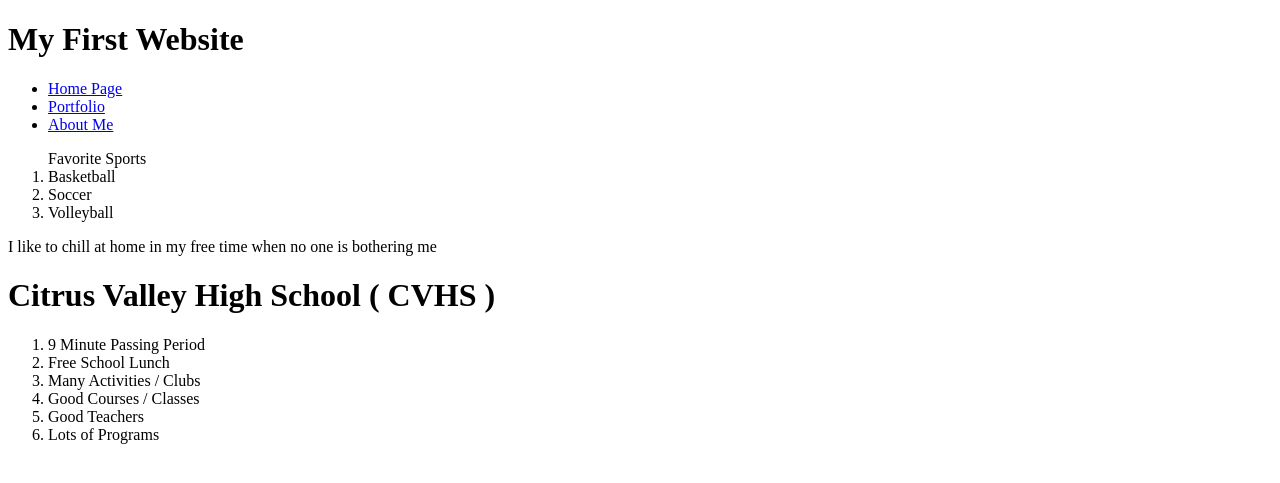
Repository: NawrasKassar/NawrasKassar.github.io
Page: index.html
The author's editor kept a record of every edit. The page is drawn from the files as they stood at one moment, then again after the next edit.
The browser window is 1280 px wide. The pictures show the whole page.

Above is the page before.

### index.html
<!doctype Html>
<html>
    <head>
       <title>About Me</title>
       <link rel="stylesheet" href="./styles/style.css">
        <h1>My First Website</h1>
    </head>

        <body>
            <header>
                <div class="container">


        <ul>
          <li><a href="index.html">Home Page</a></li>
          <li><a href="portfolio.html">Portfolio</a></li>
          <li><a href="about.html">About Me</a></li>
        </ul>
        <ol>Favorite Sports
            <li> Basketball </li>
            <li> Soccer     </li>
            <li> Volleyball </li>

        </ol>
       <p> I like to chill at home in my free time when no one is bothering me



    <h1>Citrus Valley High School ( CVHS ) </h1>
        <ol>
        <li> 9 Minute Passing Period </li>
        <li> Free School Lunch </li>
        <li> Many Activities / Clubs </li>
        <li> Good Courses / Classes </li>
        <li> Good Teachers </li>
        <li> Lots of Programs  </li>

        </ol>
        <img src=""
    <h1>          </h1>
        <p>             </p>
        <br>
        <a href="     <img></a>
    </body>

</html>

### styles/style.css
body {
    background-color 34dbeb20;

{

After the next edit:
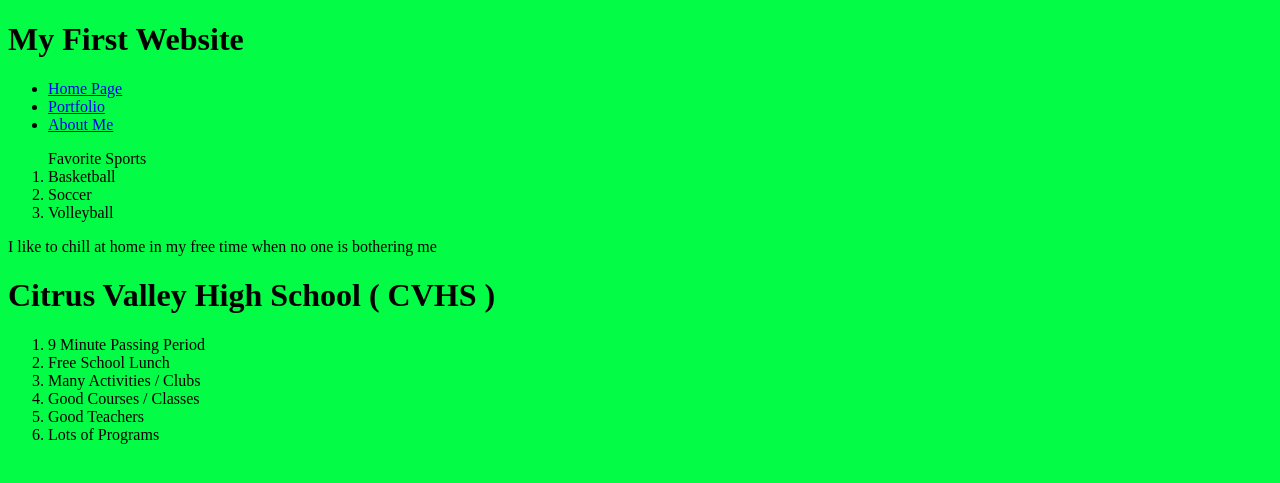
The edit:
--- a/styles/style.css
+++ b/styles/style.css
@@ -1,4 +1,6 @@
 body {
-    background-color 34dbeb20;
+    background-color: #03fc45;
+
+
 
 {
